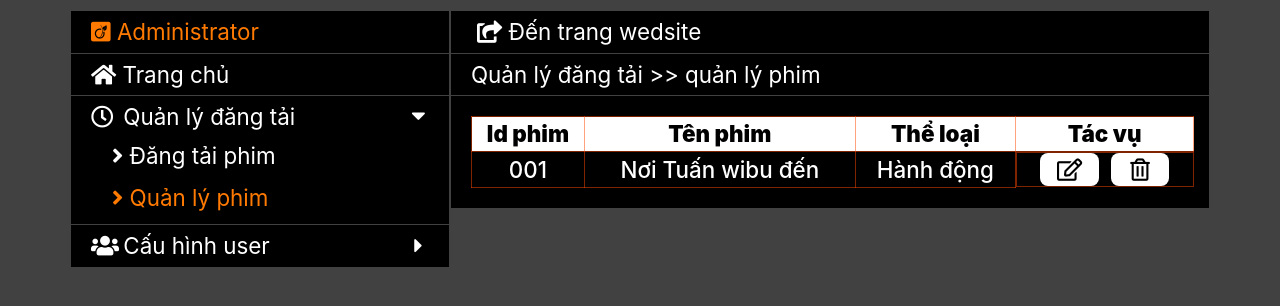
Repository: SonNguyen892002/Lau-Dai-Code
Page: http://localhost/wed-jdbc-1-2023/views/admin/qlphim.jsp
These files come from the project's save history. The page is drawn as it stood at one moment and after the next save; the edit follows.
The browser window is 1280 px wide. The pictures show the whole page.
The page is served by Tomcat 9. Nobody is signed in. The application's start-up code is not run.

Above is the page before, as saved 2022-01-15 11:21:39.

After the next save:
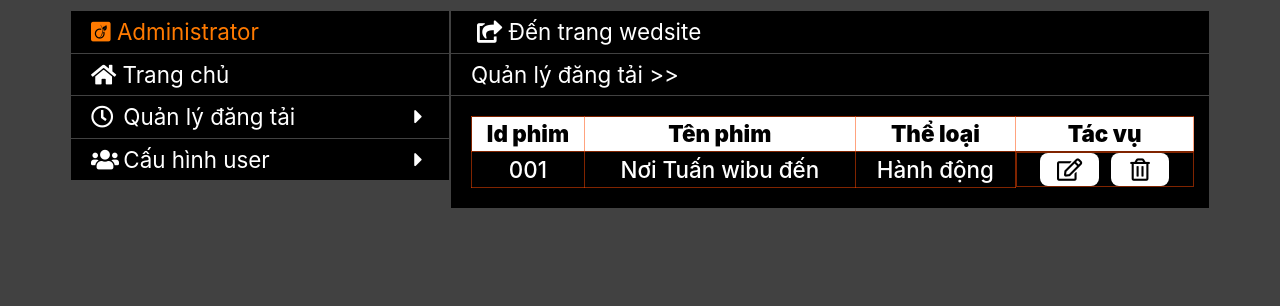
Console error: SyntaxError: Invalid or unexpected token
Saved 46 s later.
--- a/workspace/wed-jdbc-1-2023/src/main/webapp/views/admin/qlphim.jsp
+++ b/workspace/wed-jdbc-1-2023/src/main/webapp/views/admin/qlphim.jsp
@@ -27,7 +27,7 @@
 	const btnA = document.querySelector('.t');
 	document.querySelector('#menu').classList.remove('off');
 	document.querySelector('#menu .l').classList.add('active');
-	document.querySelector('.a').classList.add('down')
+	document.querySelector('.a').classList.add('down');'
 
 	btnA.innerHTML = "Quản lý đăng tải >> quản lý phim";
 </script>
